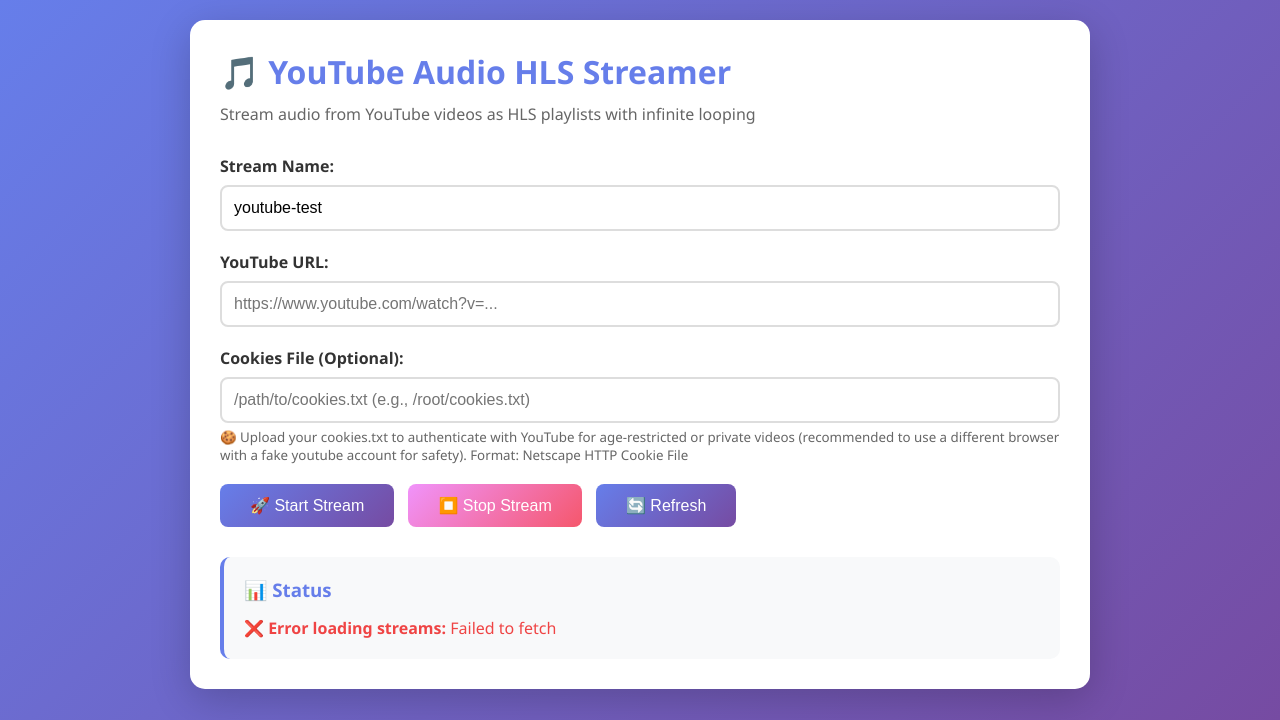
Repository: Anubis2001/quran-live-m3u8
Page: public/youtube-streamer.html
An editor plug-in stored every save of this project. The page is shown before and after the next save, followed by the edit.
The browser window is 1280 px wide. The pictures show the whole page.
The page's requests for data from a server got no answer.

Above is the page before, as saved 2026-04-03 20:24:35.

### public/youtube-streamer.html
<!DOCTYPE html>
<html lang="en">
<head>
    <meta charset="UTF-8">
    <meta name="viewport" content="width=device-width, initial-scale=1.0">
    <title>YouTube Audio HLS Streamer</title>
    <style>
        * {
            margin: 0;
            padding: 0;
            box-sizing: border-box;
        }

        body {
            font-family: 'Segoe UI', Tahoma, Geneva, Verdana, sans-serif;
            background: linear-gradient(135deg, #667eea 0%, #764ba2 100%);
            min-height: 100vh;
            padding: 20px;
        }

        .container {
            max-width: 900px;
            margin: 0 auto;
            background: white;
            border-radius: 15px;
            padding: 30px;
            box-shadow: 0 10px 40px rgba(0,0,0,0.2);
        }

        h1 {
            color: #667eea;
            margin-bottom: 10px;
        }

        .subtitle {
            color: #666;
            margin-bottom: 30px;
        }

        .form-group {
            margin-bottom: 20px;
        }

        label {
            display: block;
            margin-bottom: 8px;
            color: #333;
            font-weight: 600;
        }

        input[type="text"],
        input[type="url"] {
            width: 100%;
            padding: 12px;
            border: 2px solid #ddd;
            border-radius: 8px;
            font-size: 16px;
            transition: border-color 0.3s;
        }

        input:focus {
            outline: none;
            border-color: #667eea;
        }

        .btn {
            background: linear-gradient(135deg, #667eea 0%, #764ba2 100%);
            color: white;
            border: none;
            padding: 12px 30px;
            border-radius: 8px;
            font-size: 16px;
            cursor: pointer;
            transition: transform 0.2s, box-shadow 0.2s;
            margin-right: 10px;
        }

        .btn:hover {
            transform: translateY(-2px);
            box-shadow: 0 5px 15px rgba(102, 126, 234, 0.4);
        }

        .btn:active {
            transform: translateY(0);
        }

        .btn-stop {
            background: linear-gradient(135deg, #f093fb 0%, #f5576c 100%);
        }

        .status-box {
            margin-top: 30px;
            padding: 20px;
            background: #f8f9fa;
            border-radius: 10px;
            border-left: 4px solid #667eea;
        }

        .status-box h3 {
            color: #667eea;
            margin-bottom: 15px;
        }

        .stream-item {
            background: white;
            padding: 15px;
            margin-bottom: 10px;
            border-radius: 8px;
            border: 1px solid #e0e0e0;
        }

        .stream-item strong {
            color: #667eea;
        }

        .success {
            color: #22c55e;
        }

        .error {
            color: #ef4444;
        }

        .loading {
            display: inline-block;
            width: 20px;
            height: 20px;
            border: 3px solid rgba(102, 126, 234, 0.3);
            border-radius: 50%;
            border-top-color: #667eea;
            animation: spin 1s ease-in-out infinite;
        }

        @keyframes spin {
            to { transform: rotate(360deg); }
        }

        .audio-player {
            margin-top: 15px;
            width: 100%;
        }

        code {
            background: #f0f0f0;
            padding: 2px 6px;
            border-radius: 3px;
            font-family: 'Courier New', monospace;
            color: #d63384;
        }
    </style>
</head>
<body>
    <div class="container">
        <h1>🎵 YouTube Audio HLS Streamer</h1>
        <p class="subtitle">Stream audio from YouTube videos as HLS playlists with infinite looping</p>

        <div class="form-group">
            <label for="streamName">Stream Name:</label>
            <input type="text" id="streamName" placeholder="e.g., quran-surah-rahman" value="youtube-test">
        </div>

        <div class="form-group">
            <label for="youtubeUrl">YouTube URL:</label>
            <input type="url" id="youtubeUrl" placeholder="https://www.youtube.com/watch?v=..." value="">
        </div>

        <div class="form-group">
            <label for="cookiesPath">Cookies File (Optional):</label>
            <input type="text" id="cookiesPath" placeholder="/path/to/cookies.txt (e.g., /root/cookies.txt)">
            <small style="color: #666; display: block; margin-top: 5px;">
                🍪 Upload your cookies.txt to authenticate with YouTube for age-restricted or private videos (recommended to use a different browser with a fake youtube account for safety).
                Format: Netscape HTTP Cookie File
            </small>
        </div>

        <div style="margin-top: 20px;">
            <button class="btn" onclick="startStream()" id="startBtn">
                🚀 Start Stream
            </button>
            <button class="btn btn-stop" onclick="stopStream()" id="stopBtn">
                ⏹️ Stop Stream
            </button>
            <button class="btn" onclick="loadStreams()" id="refreshBtn">
                🔄 Refresh
            </button>
        </div>

        <div class="status-box" id="statusBox">
            <h3>📊 Status</h3>
            <div id="statusContent">Click "Refresh" to load active streams</div>
        </div>
    </div>

    <script>
        const SERVER_URL = window.location.origin;
        const AUTH_HEADER = 'Basic YWRtaW46QCFKS0YzZVdkMTI=';

        async function startStream() {
            const name = document.getElementById('streamName').value.trim();
            const url = document.getElementById('youtubeUrl').value.trim();
            const cookiesPath = document.getElementById('cookiesPath').value.trim();

            if (!name || !url) {
                alert('Please enter both stream name and YouTube URL');
                return;
            }

            const btn = document.getElementById('startBtn');
            btn.disabled = true;
            btn.innerHTML = '<span class="loading"></span> Starting...';

            try {
                const requestBody = { url: url };
                if (cookiesPath) {
                    requestBody.cookies = cookiesPath;
                }

                const response = await fetch(`${SERVER_URL}/api/streams/youtube/${name}`, {
                    method: 'POST',
                    headers: {
                        'Authorization': AUTH_HEADER,
                        'Content-Type': 'application/json'
                    },
                    body: JSON.stringify(requestBody)
                });

                if (response.ok) {
                    const data = await response.json();
                    const authInfo = data.authenticated ? '<br><strong>🍪 Authenticated:</strong> Yes (using cookies)' : '';
                    document.getElementById('statusContent').innerHTML = `
                        <div class="success">
                            <strong>✅ Stream started successfully!</strong><br><br>
                            <strong>Name:</strong> ${data.name}<br>
                            <strong>Stream URL:</strong> <code>${data.streamUrl}</code>${authInfo}<br><br>
                            <audio controls class="audio-player">
                                <source src="${data.streamUrl}" type="application/vnd.apple.mpegurl">
                                Your browser does not support HLS playback.
                            </audio>
                        </div>
                    `;
                    loadStreams();
                } else {
                    const error = await response.text();
                    throw new Error(error);
                }
            } catch (error) {
                document.getElementById('statusContent').innerHTML = `
                    <div class="error">
                        <strong>❌ Error:</strong> ${error.message}
                    </div>
                `;
            } finally {
                btn.disabled = false;
                btn.innerHTML = '🚀 Start Stream';
            }
        }

        async function stopStream() {
            const name = document.getElementById('streamName').value.trim();

            if (!name) {
                alert('Please enter a stream name');
                return;
            }

            try {
                const response = await fetch(`${SERVER_URL}/api/streams/${name}/stop`, {
                    method: 'POST',
                    headers: {
                        'Authorization': AUTH_HEADER
                    }
                });

                if (response.ok) {
                    document.getElementById('statusContent').innerHTML = `
                        <div class="success">
                            <strong>✅ Stream stopped!</strong>
                        </div>
                    `;
                    loadStreams();
                } else {
                    const error = await response.text();
                    throw new Error(error);
                }
            } catch (error) {
                document.getElementById('statusContent').innerHTML = `
                    <div class="error">
                        <strong>❌ Error:</strong> ${error.message}
                    </div>
                `;
            }
        }

        async function loadStreams() {
            const statusContent = document.getElementById('statusContent');
            statusContent.innerHTML = '<span class="loading"></span> Loading...';

            try {
                const response = await fetch(`${SERVER_URL}/api/streams`);
                const streams = await response.json();

                if (streams.length === 0) {
                    statusContent.innerHTML = '<p>No active streams</p>';
                    return;
                }

                let html = '';
                streams.forEach(stream => {
                    const statusColor = stream.status === 'running' ? '#22c55e' : '#ef4444';
                    html += `
                        <div class="stream-item">
                            <strong>${stream.name}</strong><br>
                            <span style="color: ${statusColor}">● ${stream.status.toUpperCase()}</span><br>
                            <small>Created: ${new Date(stream.createdAt).toLocaleString()}</small><br>
                            <code>${stream.url}</code><br>
                            <audio controls style="margin-top: 10px; width: 100%;">
                                <source src="${stream.url}" type="application/vnd.apple.mpegurl">
                                Your browser does not support HLS
                            </audio>
                        </div>
                    `;
                });

                statusContent.innerHTML = html;
            } catch (error) {
                statusContent.innerHTML = `
                    <div class="error">
                        <strong>❌ Error loading streams:</strong> ${error.message}
                    </div>
                `;
            }
        }

        // Load streams on page load
        loadStreams();
    </script>
</body>
</html>

After the next save:
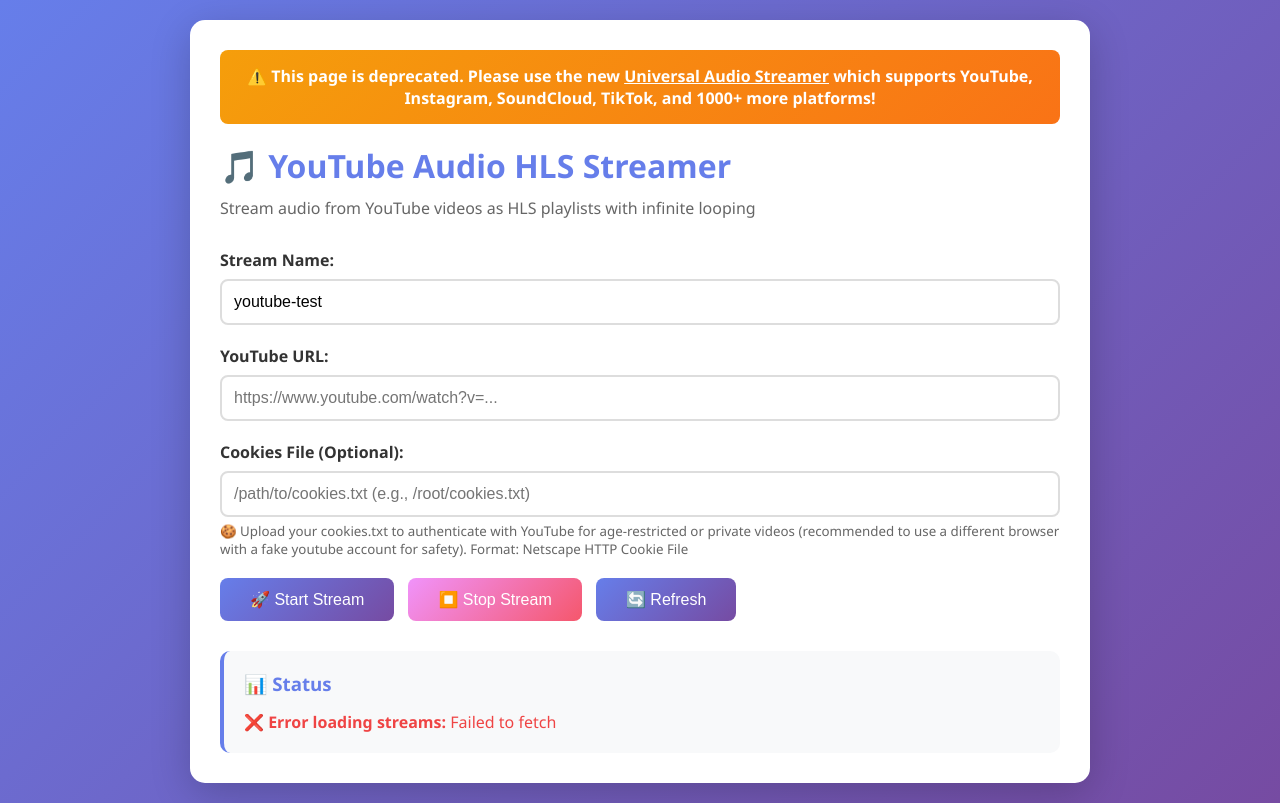
Saved 21 s later.
--- a/public/youtube-streamer.html
+++ b/public/youtube-streamer.html
@@ -3,8 +3,19 @@
 <head>
     <meta charset="UTF-8">
     <meta name="viewport" content="width=device-width, initial-scale=1.0">
-    <title>YouTube Audio HLS Streamer</title>
+    <title>YouTube Audio HLS Streamer (Deprecated)</title>
     <style>
+        /* Deprecated notice styling */
+        .deprecated-notice {
+            background: linear-gradient(135deg, #f59e0b 0%, #f97316 100%);
+            color: white;
+            padding: 15px;
+            border-radius: 8px;
+            margin-bottom: 20px;
+            text-align: center;
+            font-weight: 600;
+        }
+
         * {
             margin: 0;
             padding: 0;
@@ -151,6 +162,10 @@
 </head>
 <body>
     <div class="container">
+        <div class="deprecated-notice">
+            ⚠️ This page is deprecated. Please use the new <a href="/universal-streamer.html" style="color: white; text-decoration: underline;">Universal Audio Streamer</a> which supports YouTube, Instagram, SoundCloud, TikTok, and 1000+ more platforms!
+        </div>
+
         <h1>🎵 YouTube Audio HLS Streamer</h1>
         <p class="subtitle">Stream audio from YouTube videos as HLS playlists with infinite looping</p>
 
